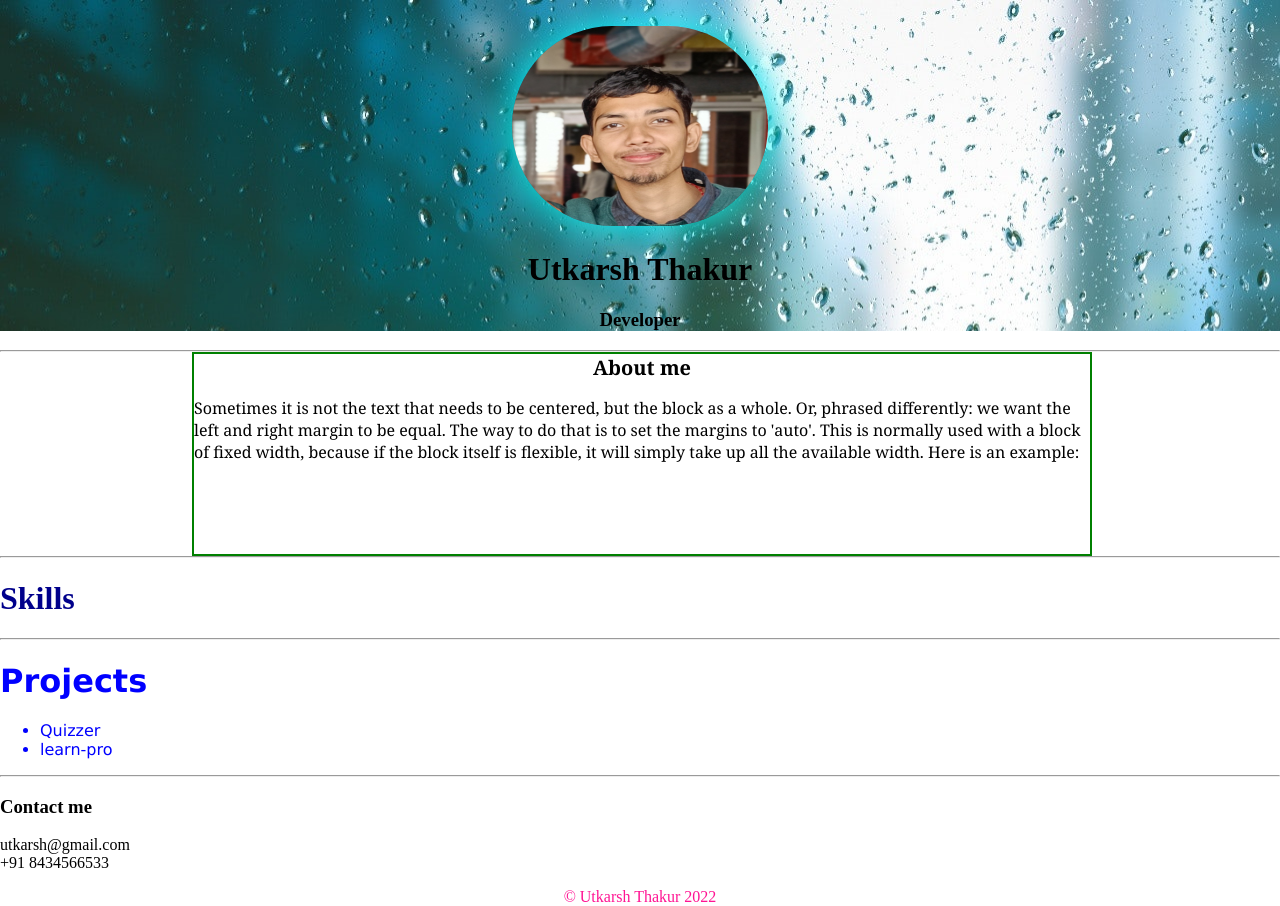
Repository: UtkarshThakur321/Utkarsh-Thakur-Profile
Page: index.html
The author's editor kept a copy of each file at every save. The page is drawn from the files as they stood at one save, then again after the next save.
The browser window is 1280 px wide. The pictures show the whole page.

Above is the page before, as saved 2022-01-22 23:31:54.
Not found: main.js

After the next save:
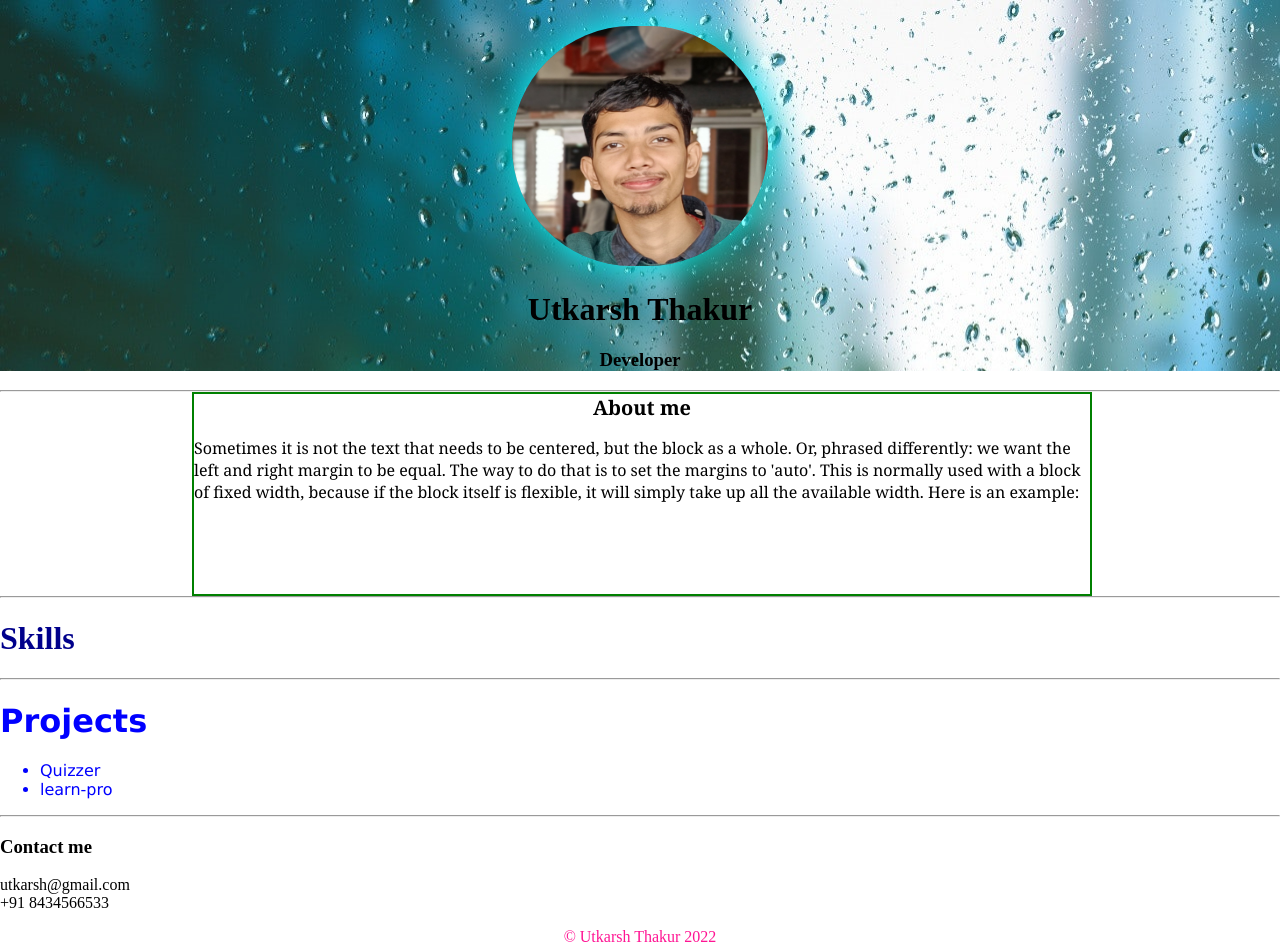
Saved 14 s later.
--- a/index.css
+++ b/index.css
@@ -14,7 +14,7 @@ body{
 #profileImage>img{
     margin-top: 2%;
 
-    height:200px;
+    height:240px;
     width:20%;
     border-radius: 130px;
     box-shadow: 0px 0px 40px aqua;
